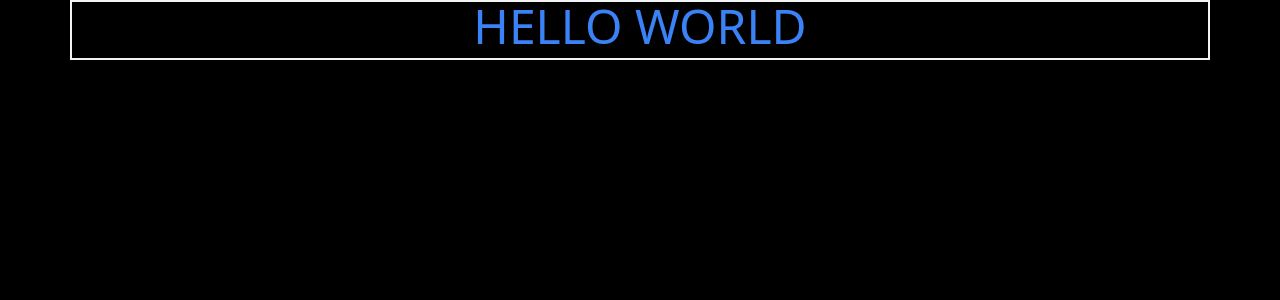
Repository: latenightsnacc/urban-pancake
Page: index.html
The author's editor kept a copy of each file at every save. The page is drawn from the files as they stood at one save, then again after the next save.
The browser window is 1280 px wide. The pictures show the whole page.

Above is the page before, as saved 2021-04-30 10:25:56.

### index.html
<!DOCTYPE html>
<html lang="en">
<head>
    <meta charset="UTF-8">
    <meta http-equiv="X-UA-Compatible" content="IE=edge">
    <meta name="viewport" content="width=device-width, initial-scale=1.0">
    <!--Tailwind Css-->
    <link href="https://unpkg.com/tailwindcss@^2/dist/tailwind.min.css" rel="stylesheet">
    <!--Bootstrap CSS-->
    <link href="https://cdn.jsdelivr.net/npm/bootstrap@5.0.0-beta3/dist/css/bootstrap.min.css" rel="stylesheet" integrity="sha384-eOJMYsd53ii+scO/bJGFsiCZc+5NDVN2yr8+0RDqr0Ql0h+rP48ckxlpbzKgwra6" crossorigin="anonymous">
    <!--Material Icons-->
    <link href="https://fonts.googleapis.com/css?family=Material+Icons|Material+Icons+Outlined|Material+Icons+Two+Tone|Material+Icons+Round|Material+Icons+Sharp" rel="stylesheet">
    <!--Google Font-->
    <link rel="preconnect" href="https://fonts.gstatic.com">
    <link href="https://fonts.googleapis.com/css2?family=Archivo:wght@400;700&display=swap" rel="stylesheet">
    <title>GRUPA</title>
</head>
<body class="bg-black">
    <main class="wrapper container border-2 border-gray-100">
        <h1 class="text-center text-blue-500 text-5xl uppercase">hello world</h1>
    </main>
    <!--bootstrap JS-->
    <script src="https://cdn.jsdelivr.net/npm/bootstrap@5.0.0-beta3/dist/js/bootstrap.bundle.min.js" integrity="sha384-JEW9xMcG8R+pH31jmWH6WWP0WintQrMb4s7ZOdauHnUtxwoG2vI5DkLtS3qm9Ekf" crossorigin="anonymous"></script>
</body>
</html>

After the next save:
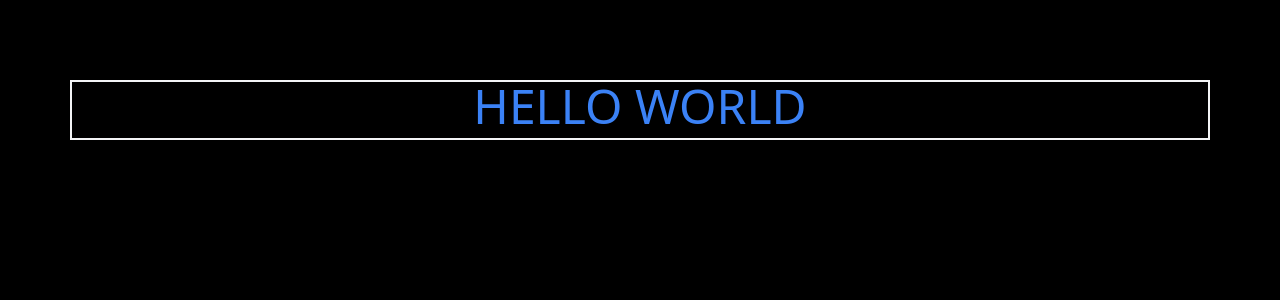
Saved 25 s later.
--- a/index.html
+++ b/index.html
@@ -15,7 +15,7 @@
     <link href="https://fonts.googleapis.com/css2?family=Archivo:wght@400;700&display=swap" rel="stylesheet">
     <title>GRUPA</title>
 </head>
-<body class="bg-black">
+<body class="bg-black pt-20">
     <main class="wrapper container border-2 border-gray-100">
         <h1 class="text-center text-blue-500 text-5xl uppercase">hello world</h1>
     </main>
